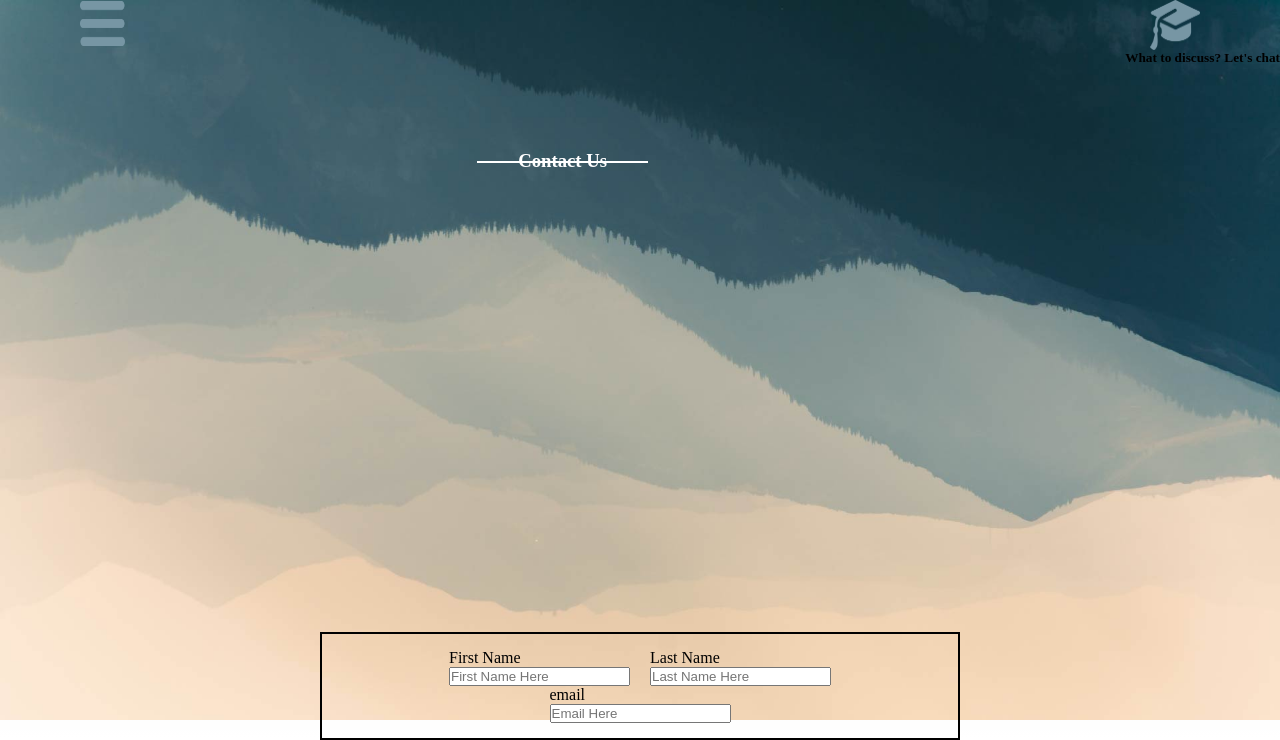
Repository: anoncoderin/assignment01-withCarousel-Madhu
Page: /contact
These files come from the project's save history. The page is drawn as it stood at one moment and after a run of saves; the edit follows.
The browser window is 1280 px wide. The pictures show the whole page.
The project was rebuilt for these pictures with package versions that can differ from the ones it lists, and the page was loaded fresh each time. The framework's server and built-in components were replaced by stand-ins that run in the browser. Also part of the build but not shown: next.config.js.

Above is the page before, as saved 2023-02-03 21:51:49.

After the next 9 saves:
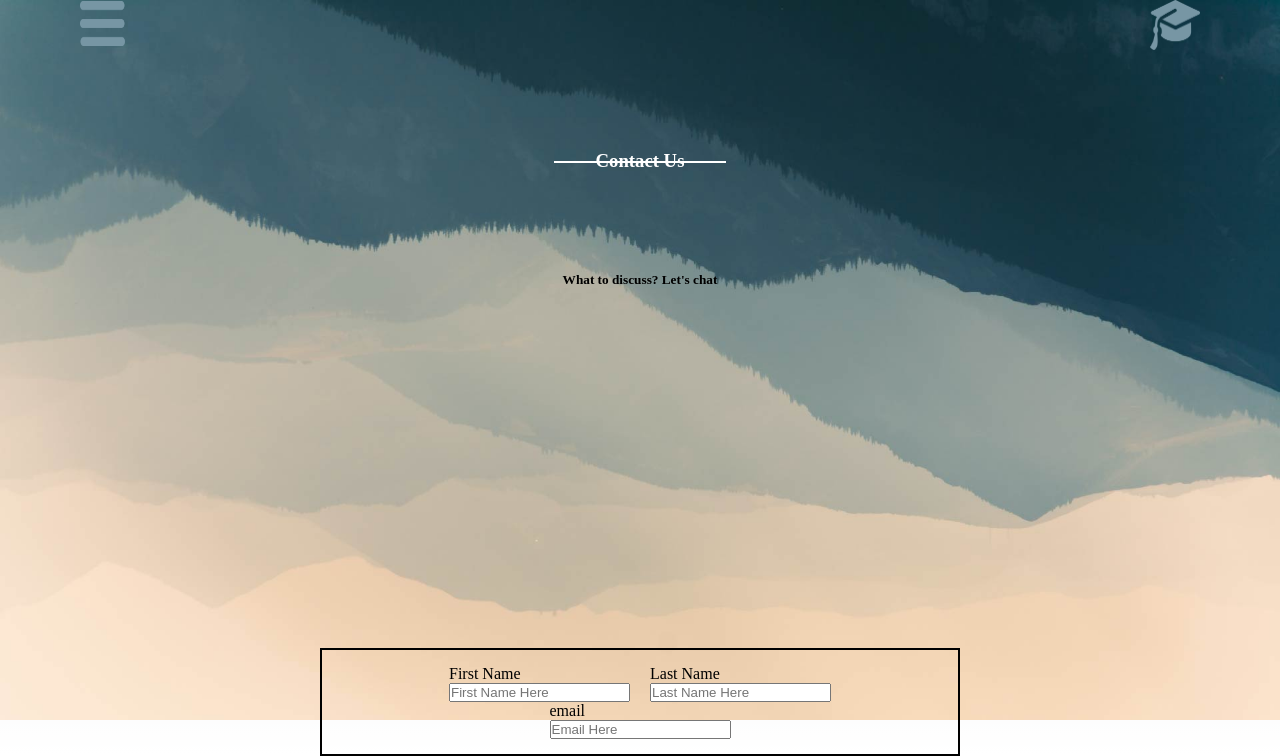
The 9 saves are shown as one change because they came seconds apart.
The last was saved 16 s later.
--- a/styles/contact.module.css
+++ b/styles/contact.module.css
@@ -74,5 +74,7 @@
 
 .middletext{
   display: flex;
-  f
+  flex-direction: column;
+  align-items: center;
+
 }
